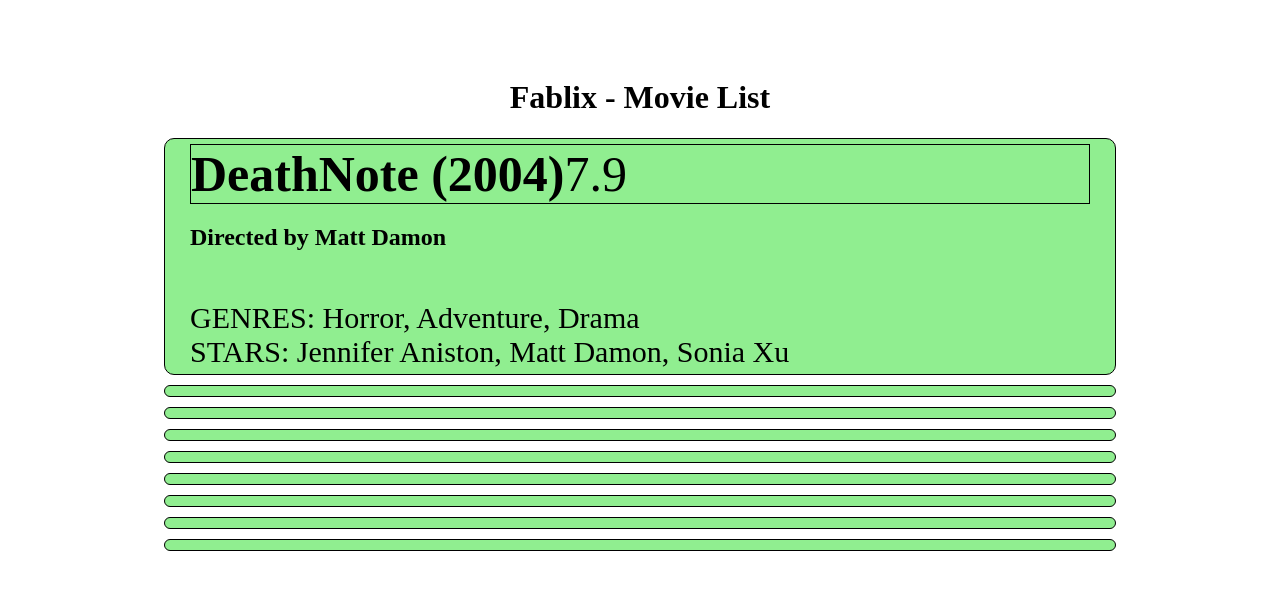
Repository: csumphan/fablix
Page: http://localhost/Project1/
The author's editor kept a copy of each file at every save. The page is drawn from the files as they stood at one save, then again after the next save.
The browser window is 1280 px wide. The pictures show the whole page.
The page is served by Tomcat 9. Nobody is signed in. The application's start-up code is not run.

Above is the page before, as saved 2018-01-23 00:13:17.

After the next save:
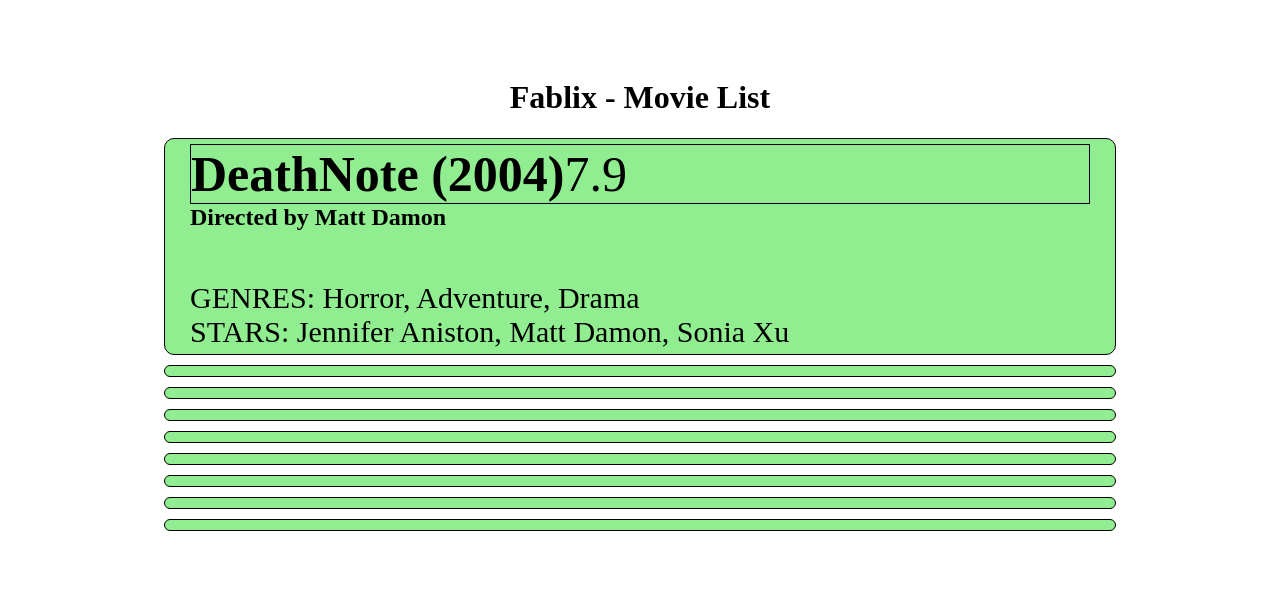
Saved 19 s later.
--- a/Project1/WebContent/styles.css
+++ b/Project1/WebContent/styles.css
@@ -33,7 +33,7 @@
 	font-size: 50px;
 }
 
-.header-container > h2 {
+.sub-header-container > h2 {
 	margin: 0px;
 }
 
